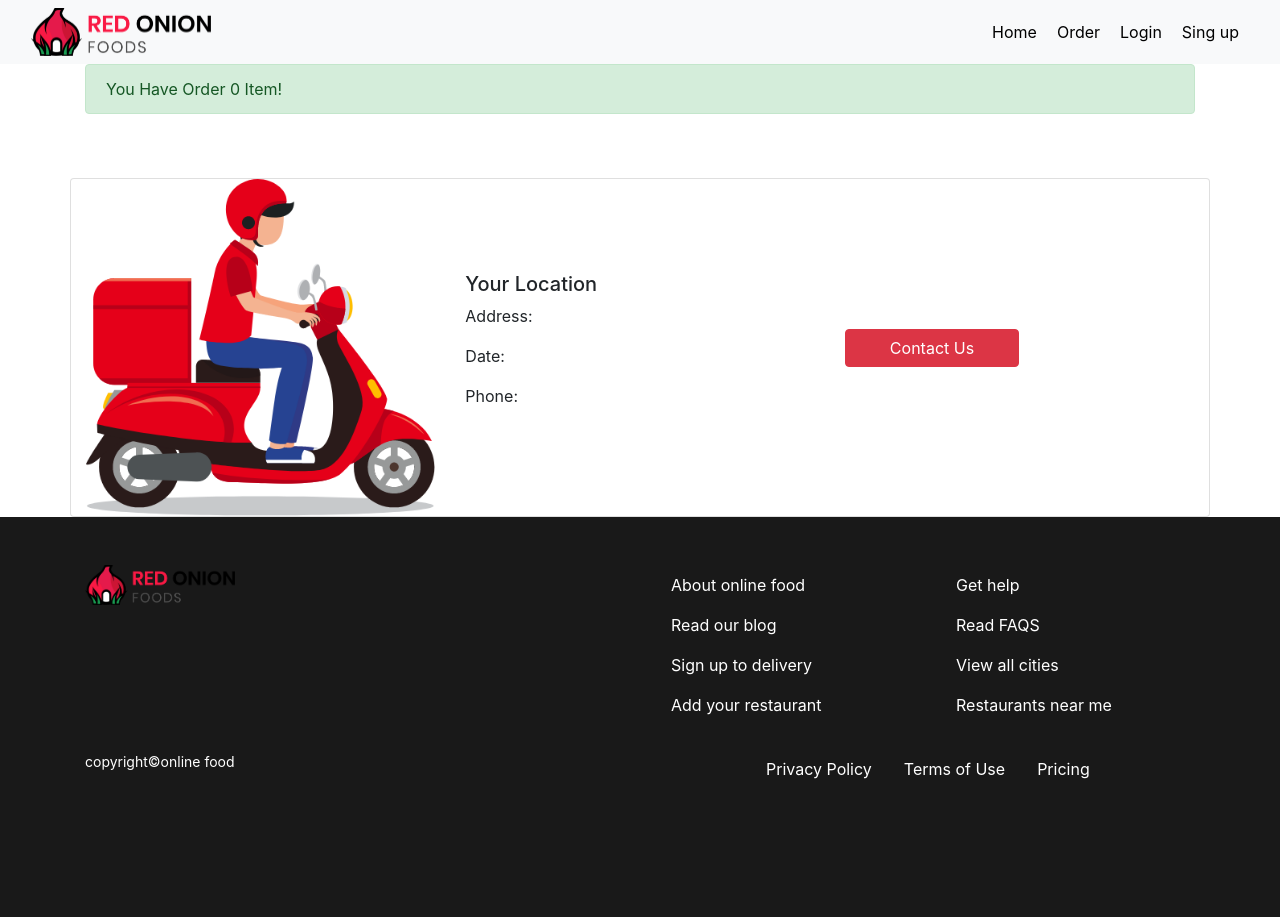
Repository: arif286/red-onion-client
Page: /order
The author's editor kept a copy of each file at every save. The page is drawn from the files as they stood at one save, then again after the next save.
The browser window is 1280 px wide. The pictures show the whole page.
The page's requests for data from a server got no answer. The project was rebuilt for these pictures with package versions that can differ from the ones it lists, and the page was loaded fresh each time. No one was signed in, and anything a server would have sent is missing. Also part of the build but not shown: src/App.css, src/components/CheckOut/CheckOut.css, src/components/CheckOut/CheckOutForm/CheckOutFrom.js, src/components/CheckOut/CheckOut.js, src/components/SearchBar/SearchBar.css, src/components/SearchBar/SearchBar.js, src/components/FoodDetails/FoodDetail.css, src/components/FoodDetails/FoodDetail.js and 12 more. Imported but missing from the stored project, and not drawn on this page: src/components/CheckOut/Map/Map.

Above is the page before, as saved 2021-04-06 04:59:52.

After the next save:
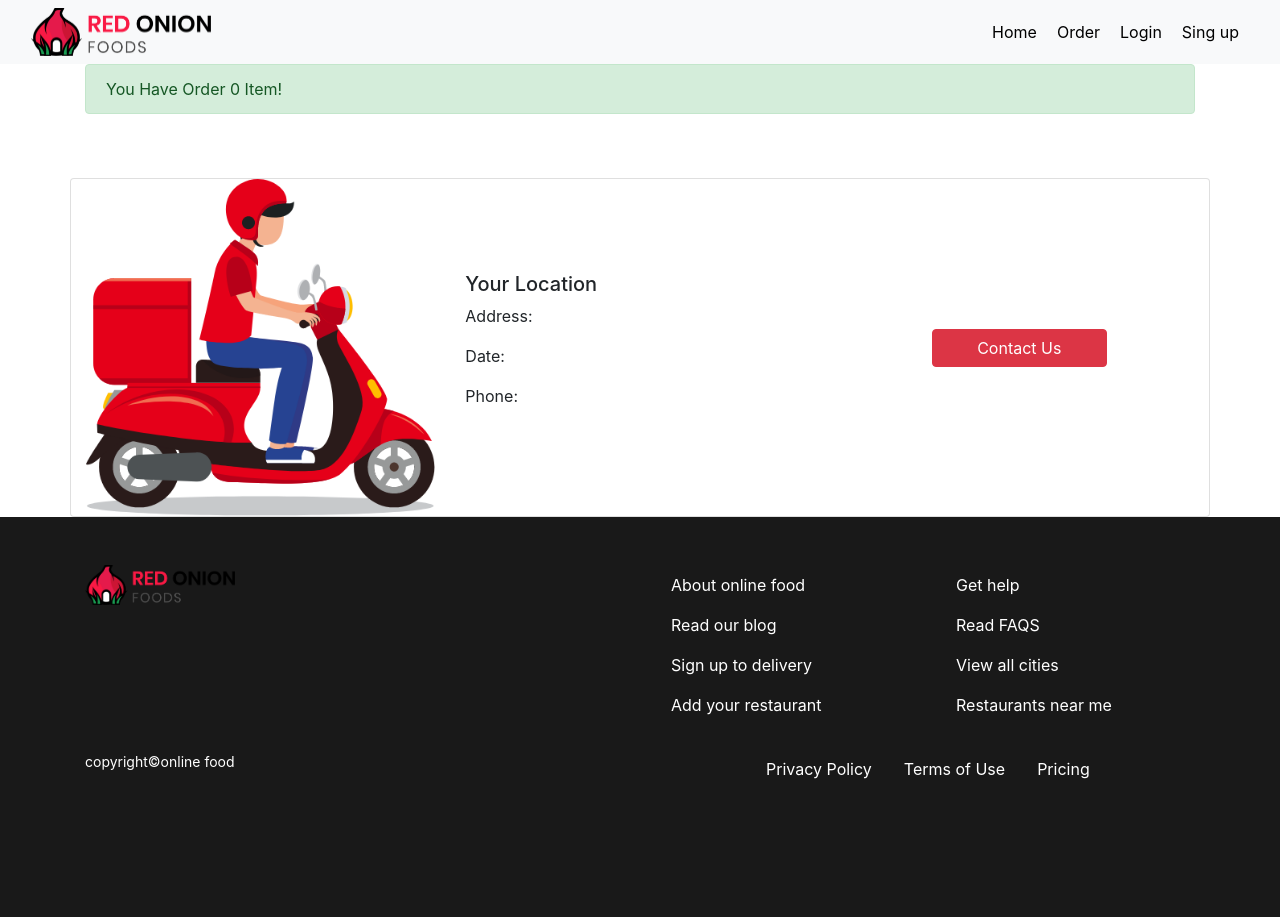
Saved 100 s later.
--- a/src/components/Order/Order.js
+++ b/src/components/Order/Order.js
@@ -47,7 +47,7 @@
               <p>Date: {order[0]?.date}</p>
               <p>Phone: {order[0]?.phone}</p>
             </div>
-            <div className="col-md-4 col-sm-12 align-self-center">
+            <div className="col-md-4 col-sm-12 align-self-center text-center">
               <button className="btn btn-danger w-50">Contact Us</button>
             </div>
           </Card>

After the save that followed:
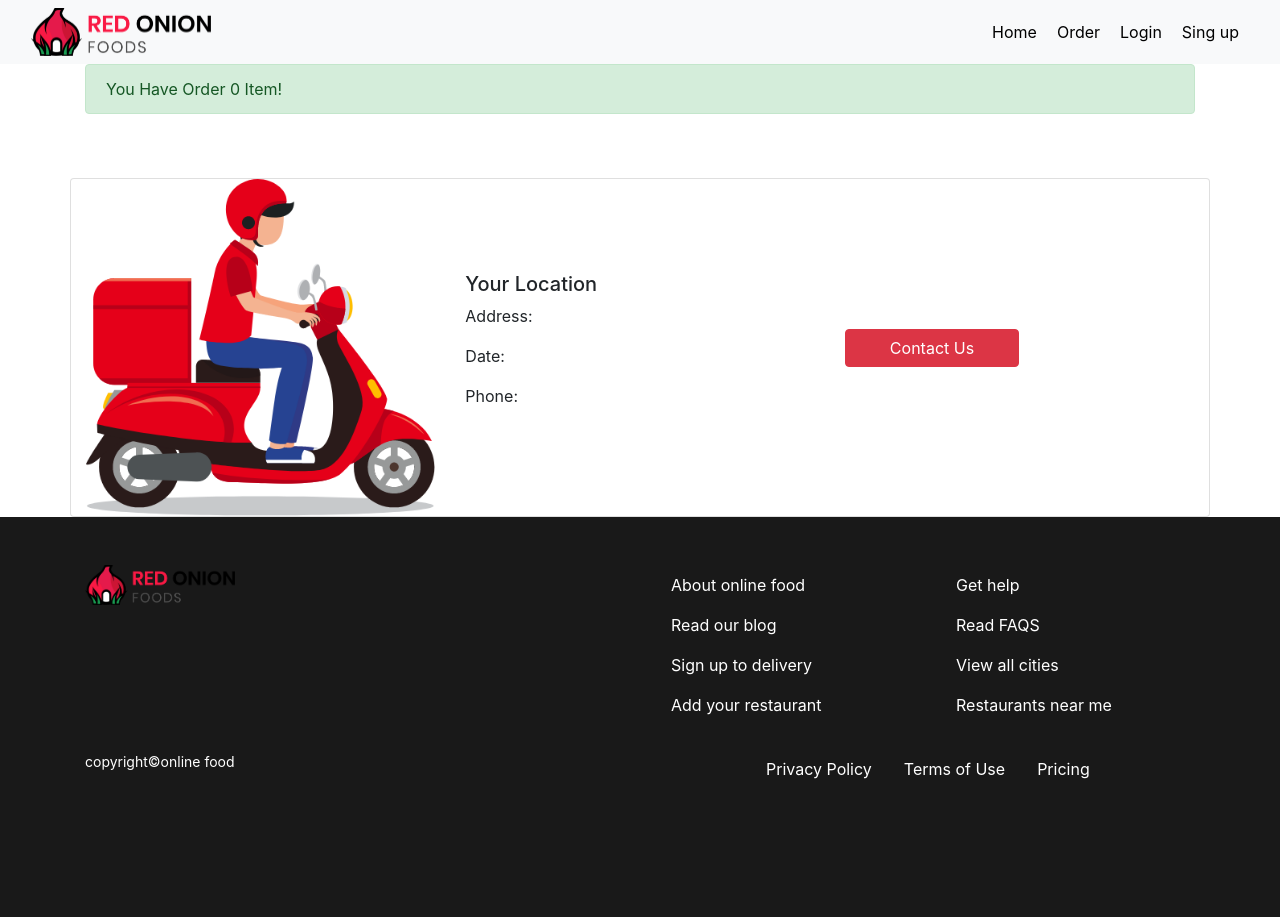
Saved 3 min 5 s later.
--- a/src/components/Order/Order.js
+++ b/src/components/Order/Order.js
@@ -47,7 +47,7 @@
               <p>Date: {order[0]?.date}</p>
               <p>Phone: {order[0]?.phone}</p>
             </div>
-            <div className="col-md-4 col-sm-12 align-self-center text-center">
+            <div className="col-md-4 col-sm-12 align-self-center text-sm-left">
               <button className="btn btn-danger w-50">Contact Us</button>
             </div>
           </Card>
